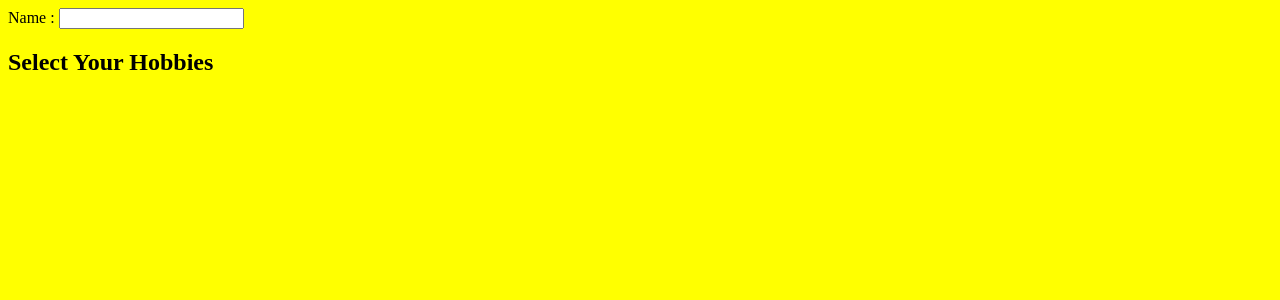
Repository: Sunilashokbhoi/Servlet_Programs
Page: Hobbies5/src/main/webapp/user.html
An editor plug-in stored every save of this project. The page is shown before and after the next save, followed by the edit.
The browser window is 1280 px wide. The pictures show the whole page.

Above is the page before, as saved 2025-03-28 13:50:59.

### Hobbies5/src/main/webapp/user.html
<!DOCTYPE html>
<html>
<head>
<meta charset="UTF-8">
<title>Insert title here</title>
</head>
<body style="background-color: yellow;">
	<form action="show"method="post">
	Name : <input type="text" name="name" ><br>
	<h2>Select Your Hobbies</h2> <br>

	</form>
</body>
</html>

After the next save:
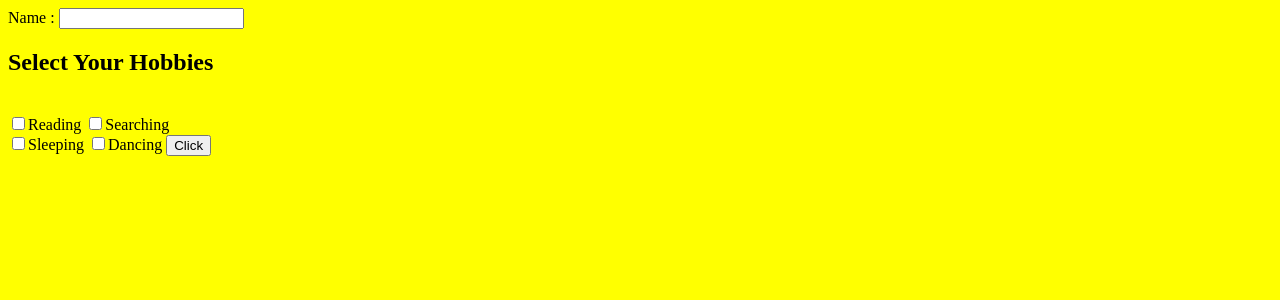
Saved 4 min 36 s later.
--- a/Hobbies5/src/main/webapp/user.html
+++ b/Hobbies5/src/main/webapp/user.html
@@ -6,8 +6,13 @@
 </head>
 <body style="background-color: yellow;">
 	<form action="show"method="post">
-	Name : <input type="text" name="name" ><br>
+	<label>Name :</label> <input type="text" name="name" ><br>
 	<h2>Select Your Hobbies</h2> <br>
+	<input type="checkbox" name="habbit" value="Reading">Reading
+	<input type="checkbox" name="habbit" values="Searching">Searching <br>
+	<input type="checkbox" name="habbit" values="Sleeping">Sleeping
+	<input type="checkbox" name="habbit" values="Dancing">Dancing
+	<button type="submit" >Click</button>
 
 	</form>
 </body>
